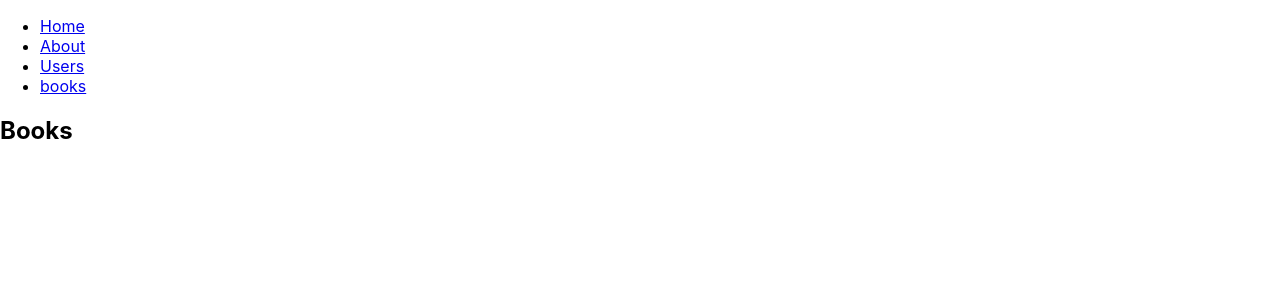
Repository: ebo-arcadia/enjoyou
Page: /books
An editor plug-in stored every save of this project. The page is shown before and after the next save, followed by the edit.
The browser window is 1280 px wide. The pictures show the whole page.
The project was rebuilt for these pictures with package versions that can differ from the ones it lists, and the page was loaded fresh each time.

Above is the page before, as saved 2021-04-19 12:07:39.

### src/App.js
import React from "react";
import { BrowserRouter as Router, Switch, Route, Link } from "react-router-dom";

export default function App() {
  return (
    <Router>
      <div>
        <nav>
          <ul>
            <li>
              <Link to="/">Home</Link>
            </li>
            <li>
              <Link to="/about">About</Link>
            </li>
            <li>
              <Link to="/users">Users</Link>
            </li>
            <li>
              <Link to="/books">books</Link>
            </li>
          </ul>
        </nav>

        {/* A <Switch> looks through its children <Route>s and
            renders the first one that matches the current URL. */}
        <Switch>
          <Route path="/books">
            <Books />
          </Route>
          <Route path="/about"><About /></Route>
          <Route path="/users"><Users /></Route>
          <Route path="/"><Home /></Route>
        </Switch>
      </div>
    </Router>
  );
}

function Home() {
  return <h2>Home</h2>;
}

function About() {
  return <h2>About</h2>;
}

function Users() {
  return <h2>Users</h2>;
}

function Books()  { return <h2>Books</h2> }

Loaded but not shown: public/index.html (common file); src/index.js (common file); src/index.css (common file); src/reportWebVitals.js (common file)

After the next save:
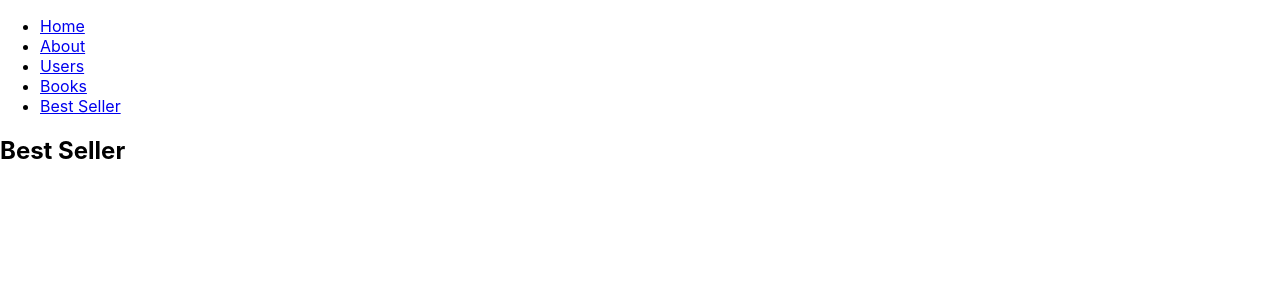
Saved 4 min 3 s later.
--- a/src/App.js
+++ b/src/App.js
@@ -17,7 +17,10 @@ export default function App() {
               <Link to="/users">Users</Link>
             </li>
             <li>
-              <Link to="/books">books</Link>
+              <Link to="/books">Books</Link>
+            </li>
+            <li>
+              <Link to="/bestseller">Best Seller</Link>
             </li>
           </ul>
         </nav>
@@ -25,9 +28,8 @@ export default function App() {
         {/* A <Switch> looks through its children <Route>s and
             renders the first one that matches the current URL. */}
         <Switch>
-          <Route path="/books">
-            <Books />
-          </Route>
+          <Route path="/"><Bestseller /></Route>
+          <Route path="/books"><Books /></Route>
           <Route path="/about"><About /></Route>
           <Route path="/users"><Users /></Route>
           <Route path="/"><Home /></Route>
@@ -50,3 +52,4 @@ function Users() {
 }
 
 function Books()  { return <h2>Books</h2> }
+function Bestseller()  { return <h2>Best Seller</h2> }
